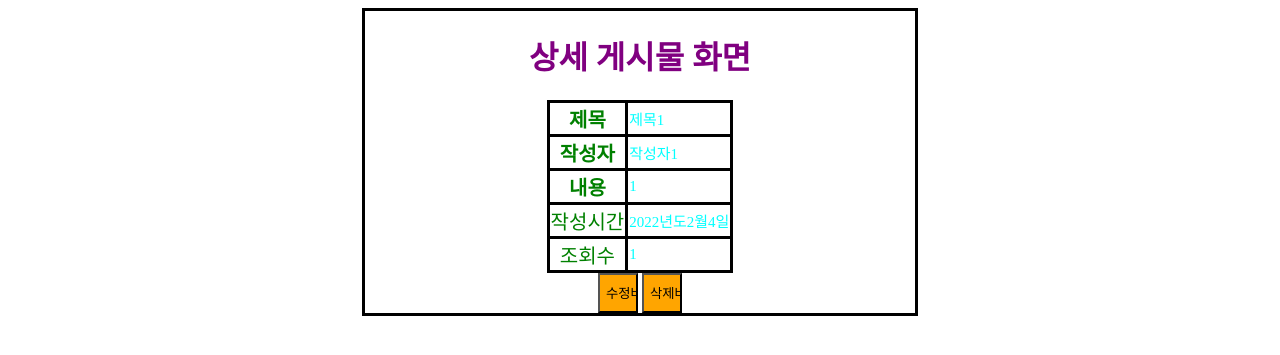
Repository: kwan9069/workspace
Page: CSS/src/main/webapp/boardcontents.html
The author's editor kept a copy of each file at every save. The page is drawn from the files as they stood at one save, then again after the next save.
The browser window is 1280 px wide. The pictures show the whole page.

Above is the page before, as saved 2022-11-25 11:25:36.

### CSS/src/main/webapp/boardcontents.html
<!DOCTYPE html>
<html>
<head>
<meta charset="UTF-8">
<title>Insert title here</title>
<style>
#box {color:purple;
border:3px solid black;
width:550px;
height:100%;
margin:auto;
text-align:center;
}
table,td,th{border:3px solid black;
text-align: center;
border-collapse: collapse;
margin:auto;
text-decoration:none; }
.lefts{
color:green;
font-weight:bold;
font-size:20px;
margin: auto;}
.left{color:green;
margin: auto;
font-size:20px;
}
.right{color:aqua;
text-align:left;
font-size:15px;
}
.fix .button{
    background-color: orange;
    border: 3px solid black;
display:inline-block;
width:130px;
background-color:orange
;height:70px;}

</style>
</head>
<body>
<div id='box'>
<h1>상세 게시물 화면</h1>
<table>
<tr><td class='lefts'>제목</td><td class='right'>제목1</td></tr>
<tr><td class='lefts'>작성자</td><td class='right'>작성자1</td></tr>
<tr><td class='lefts'>내용</td><td class='right'>1</td></tr>
<tr><td class='left'>작성시간</td><td class='right'>2022년도2월4일</td></tr>
<tr><td class='left'>조회수</td><td class='right'>1</td></tr>
</table>
<div class='fix'>
<input type='button' value='수정버튼' style='background-color:orange; width:40px; height:40px ; margin=auto;'>
<input type='button' value='삭제버튼'style='background-color:orange; width:40px; height:40px; margin=auto;'>
</div>
</div>


</body>
</html>

After the next save:
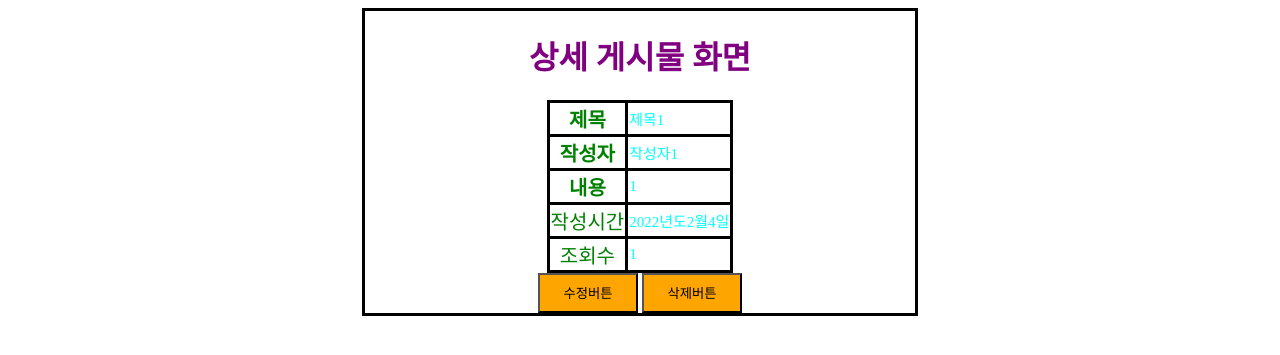
Saved 10 s later.
--- a/CSS/src/main/webapp/boardcontents.html
+++ b/CSS/src/main/webapp/boardcontents.html
@@ -50,8 +50,8 @@ background-color:orange
 <tr><td class='left'>조회수</td><td class='right'>1</td></tr>
 </table>
 <div class='fix'>
-<input type='button' value='수정버튼' style='background-color:orange; width:40px; height:40px ; margin=auto;'>
-<input type='button' value='삭제버튼'style='background-color:orange; width:40px; height:40px; margin=auto;'>
+<input type='button' value='수정버튼' style='background-color:orange; width:100px; height:40px ; margin=auto;'>
+<input type='button' value='삭제버튼'style='background-color:orange; width:100px; height:40px; margin=auto;'>
 </div>
 </div>
 
